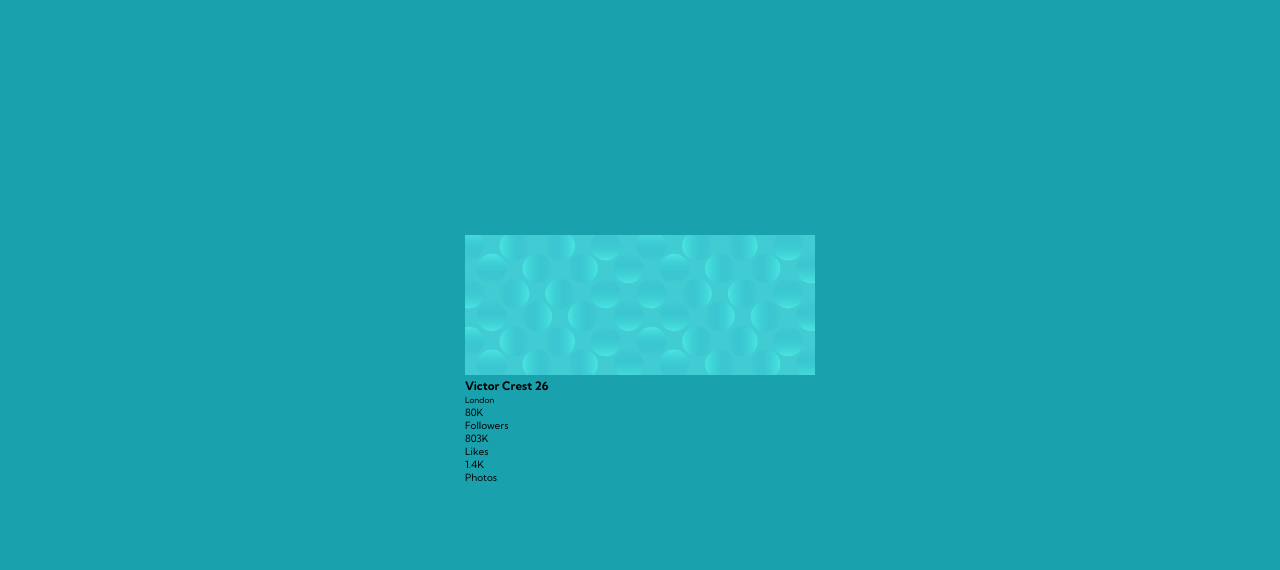
Repository: thaibaocoder1/profile-card-component-main
Page: index.html
An editor plug-in stored every save of this project. The page is shown before and after the next save, followed by the edit.
The browser window is 1280 px wide. The pictures show the whole page.

Above is the page before, as saved 2023-01-11 13:39:39.

### index.html
<!DOCTYPE html>
<html lang="en">
<head>
  <meta charset="UTF-8">
  <meta name="viewport" content="width=device-width, initial-scale=1.0">
  <link rel="icon" type="image/png" sizes="32x32" href="./images/favicon-32x32.png">
  <title>Frontend Mentor | Profile card component</title>
  <link rel="stylesheet" href="./style.css">
  <!-- Feel free to remove these styles or customise in your own stylesheet 👍 -->
  <style>
    .attribution { font-size: 11px; text-align: center; }
    .attribution a { color: hsl(228, 45%, 44%); }
  </style>
</head>
<body>
  <main class="card">
    <section class="card__wrapper">
      <img src="./images/bg-pattern-card.svg" alt="">
      <section class="card__bottom">
        <h1 class="card__bottom--heading">Victor Crest <span>26</span></h1>
        <small class="card__bottom--address">London</small>
      <hr>
      <div class="card__bottom--socials">
        <div class="card__bottom--item">
          <p>80K</p>
          <span>Followers</span>
        </div>
        <div class="card__bottom--item">
          <p>803K</p>
          <span>Likes</span>
        </div>
        <div class="card__bottom--item">
          <p>1.4K</p>
          <span>Photos</span>
        </div>
      </div>
    </section>
  </section>
  </main>
  <!-- <div class="attribution">
    Challenge by <a href="https://www.frontendmentor.io?ref=challenge" target="_blank">Frontend Mentor</a>.
    Coded by <a href="#">Your Name Here</a>.
  </div> -->
</body>
</html>

### style.css
@import url('https://fonts.googleapis.com/css2?family=Kumbh+Sans:wght@400;700&display=swap');
* {
    margin: 0;
    padding: 0;
    box-sizing: border-box;
    border: none;
    outline: none;
}
html {
    font-size: 62.5%;
}
body {
    text-rendering: optimizeLegibility;
    scroll-behavior: smooth;
    font-family: 'Kumbh Sans', sans-serif;
    display: flex;
    align-items: center;
    justify-content: center;
    background-color: var(--dark-cyan);
    height: calc(100vh - 1px)
}
:root {
    --dark-cyan: hsl(185, 75%, 39%);
    --very-dark-blue: hsl(229, 23%, 23%);
    --dark-blue: hsl(227, 10%, 46%);
    --dark-grey: hsl(0, 0%, 59%);
}

After the next save:
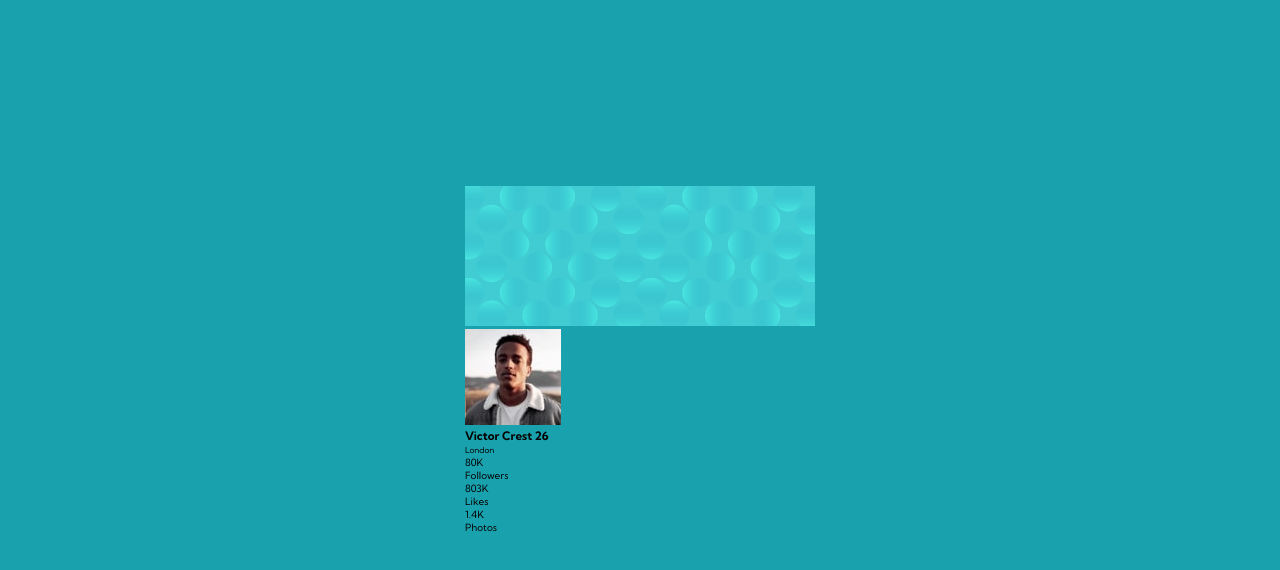
Saved 17 s later.
--- a/index.html
+++ b/index.html
@@ -17,6 +17,7 @@
     <section class="card__wrapper">
       <img src="./images/bg-pattern-card.svg" alt="">
       <section class="card__bottom">
+        <img src="./images/image-victor.jpg" alt="">
         <h1 class="card__bottom--heading">Victor Crest <span>26</span></h1>
         <small class="card__bottom--address">London</small>
       <hr>
